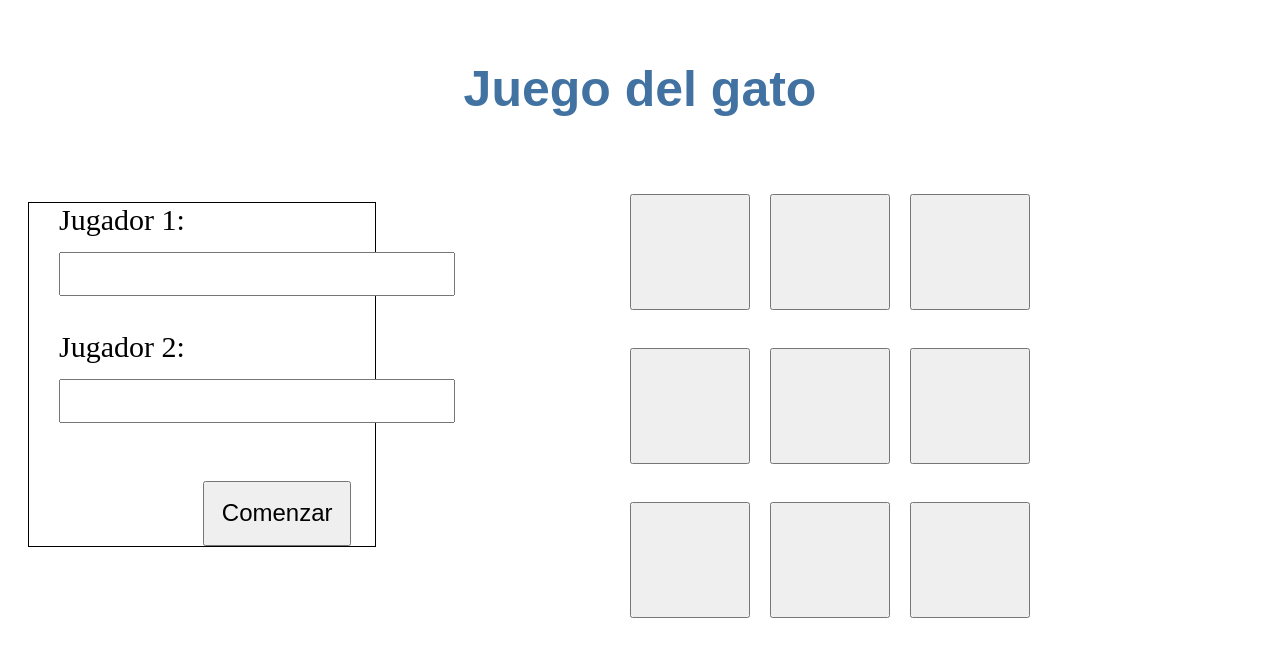
Repository: franciscamanquecheo/Taller-2
Page: / (app in vite-project/)
These files come from the project's save history. The page is drawn as it stood at one moment and after the next save; the edit follows.
The browser window is 1280 px wide. The pictures show the whole page.
The project was rebuilt for these pictures with package versions that can differ from the ones it lists, and the page was loaded fresh each time. Also part of the build but not shown: vite-project/vite.config.ts.

Above is the page before, as saved 2022-06-17 18:07:18.

After the next save:
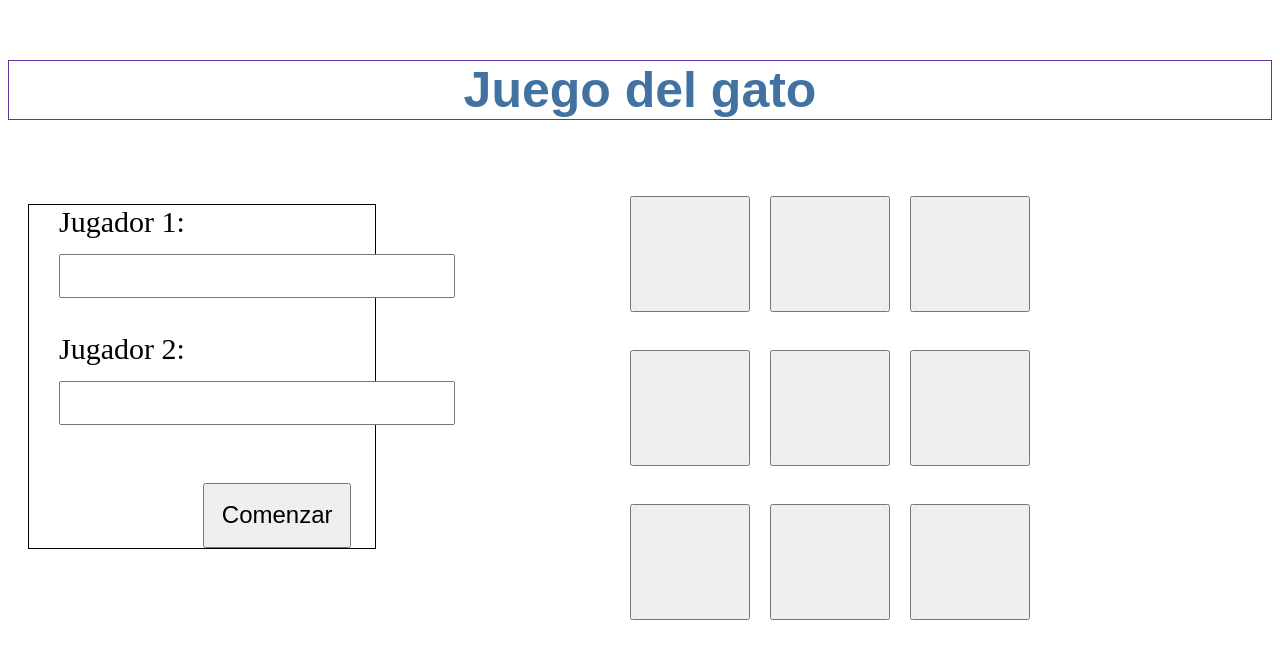
Saved 27 s later.
--- a/vite-project/src/App.vue
+++ b/vite-project/src/App.vue
@@ -55,6 +55,7 @@
   color: #4172a2;
   margin-top: 60px;
   font-size: 50px;
+  border: 1px solid rebeccapurple;
 }
 article#comandos{
   margin-top: 50px;

After the save that followed:
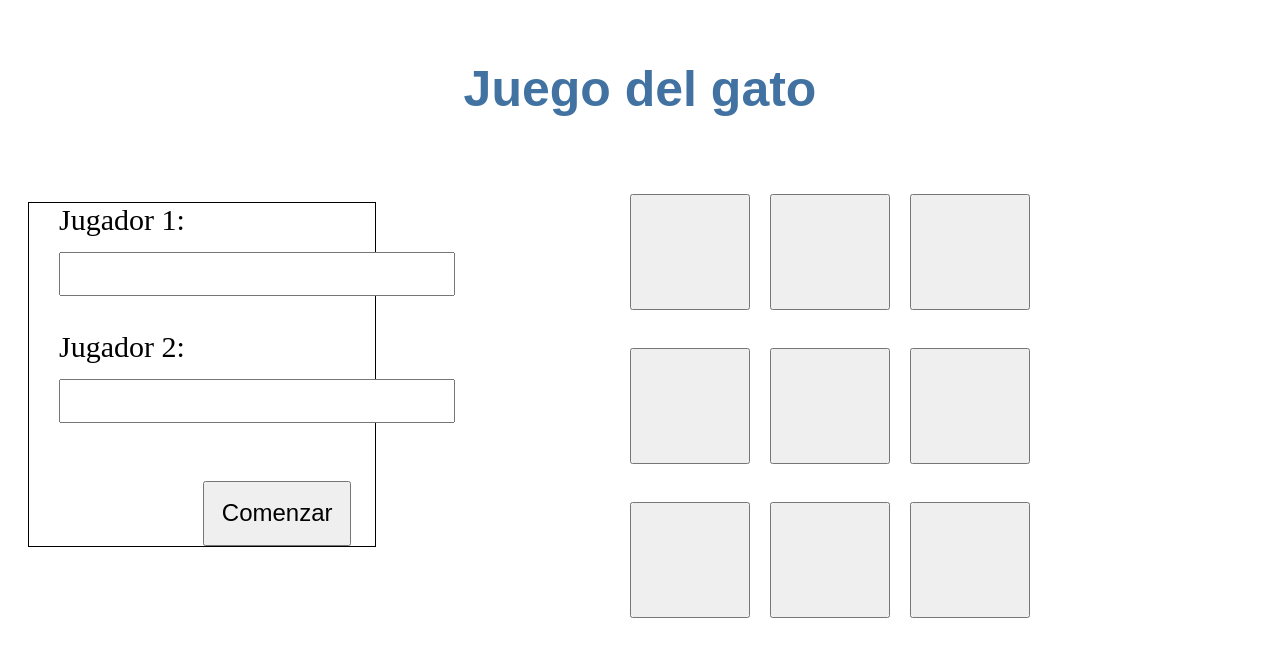
Saved 33 s later.
--- a/vite-project/src/App.vue
+++ b/vite-project/src/App.vue
@@ -55,7 +55,7 @@
   color: #4172a2;
   margin-top: 60px;
   font-size: 50px;
-  border: 1px solid rebeccapurple;
+
 }
 article#comandos{
   margin-top: 50px;
